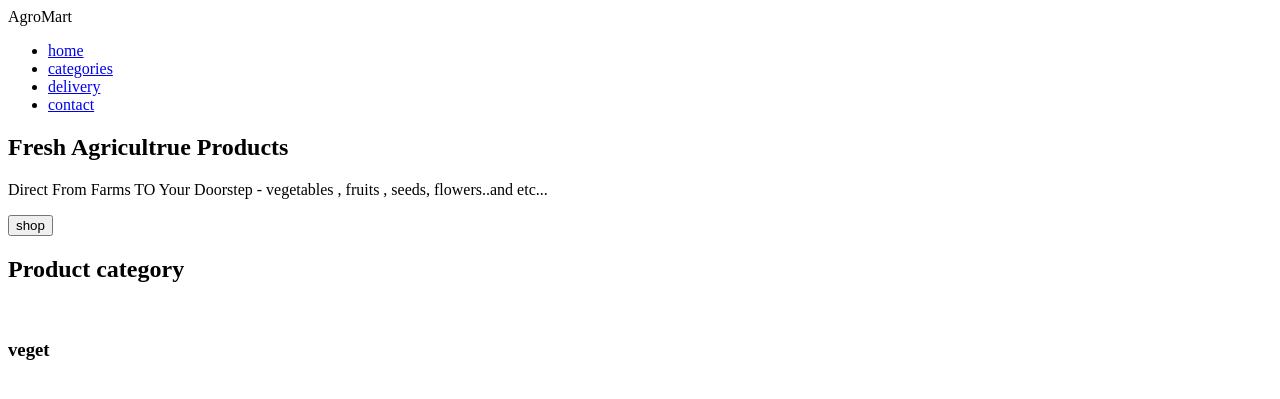
Repository: wingming07/Agro_mart
Page: index.html
An editor plug-in stored every save of this project. The page is shown before and after the next save, followed by the edit.
The browser window is 1280 px wide. The pictures show the whole page.

Above is the page before, as saved 2025-06-09 14:35:39.

### index.html
<!DOCTYPE html>
<html lang="en">
<head>
    <meta charset="UTF-8">
    <meta name="viewport" content="width=device-width, initial-scale=1.0">
    <title>AgroMart- fresh from garden</title>
</head>
<body>
    <header>
        <nav class="navbar">
            <div class="logo">AgroMart</div>
                <ul class="nav-links">
                    <li><a href="#home">home</a></li>
                        <li><a href="#categories">categories</a></li>
                            <li><a href="#delivery">delivery</a></li>
                                <li><a href="#contact">contact</a></li>
                </ul>
        </nav>
    </header>
    <section id="home" class="hero">
        <div class="hero-content">
            <h1>Fresh Agricultrue Products</h1>
            <p>Direct From Farms TO Your Doorstep - vegetables , fruits , seeds, flowers..and etc...</p>
            <button type="button" onclick="scrollToSection('categories')">shop</button>
            </div>
        </section>
        <section id="categories" class="categories">
            <h2>Product category</h2>
            <div class="category-container">
                <div class="category-card">
                    <img src="" alt=""/>
                    <h3>veget
                </div>
            </div>
    </body>
</html>

After the next save:
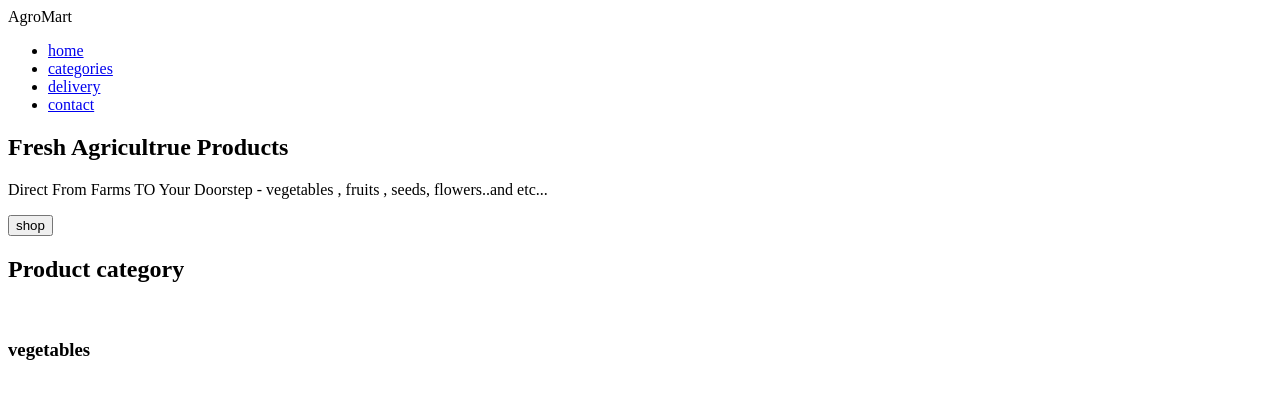
Saved 5 s later.
--- a/index.html
+++ b/index.html
@@ -29,7 +29,7 @@
             <div class="category-container">
                 <div class="category-card">
                     <img src="" alt=""/>
-                    <h3>veget
+                    <h3>vegetables<h
                 </div>
             </div>
     </body>
